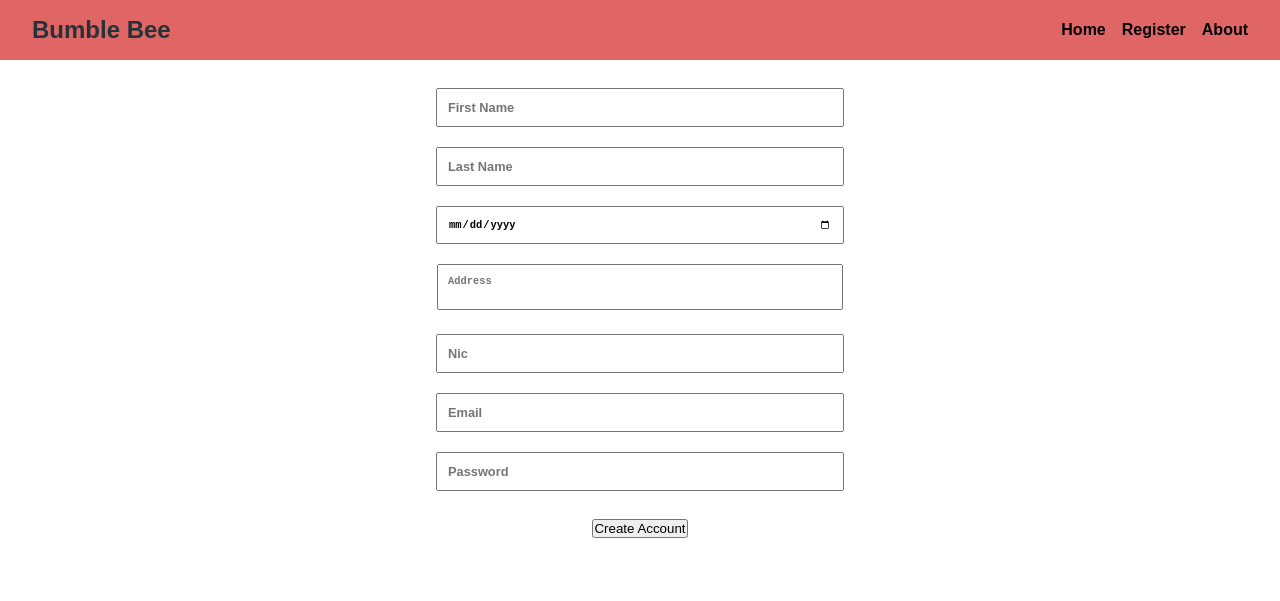
Repository: developerks611/Bumble-bee
Page: http://localhost/Bumble/add-customer.jsp
An editor plug-in stored every save of this project. The page is shown before and after the next save, followed by the edit.
The browser window is 1280 px wide. The pictures show the whole page.
The page is served by Tomcat 9. Other server files are loaded and not shown.

Above is the page before, as saved 2023-02-28 03:49:08.

### Bumble/src/main/webapp/add-customer.jsp
<%@ page language="java" contentType="text/html; charset=ISO-8859-1"
    pageEncoding="ISO-8859-1" isELIgnored="false"%>
 <%@ taglib prefix = "tag" uri = "http://java.sun.com/jsp/jstl/core" %>
<!DOCTYPE html>
<html>
<head>

<style>
textarea{
	resize:none;
	font-size:100%;
}

* {
  padding: 0;
  margin: 0;
}

body {
  font-family: Arial, Tahoma, Serif;
  color: #263238;
}

nav {
  display: flex;
  justify-content:space-between;
  align-items: center;
  padding: 1rem 2rem;
  background: #e06666;
}

nav ul {
  display: flex;
  list-style: none;
}

nav li {
  padding-left: 1rem;
}

nav a {
  text-decoration: none;
  color: black;
  font-weight:bold;
}

.container {
 text-align:center;
}

.txt_input{

	width:30%;
	height:auto;
	margin:10px;
	padding:10px;
	font-size:80%;
	font-weight:bold;
}


 /*
  Extra small devices (phones, 600px and down)
*/
@media only screen and (max-width: 600px) {
  nav {
    flex-direction: column;
  }
  nav ul {
    flex-direction: column;
    padding-top: 0.5rem;
  }
  nav li {
    padding: 0.5rem 0;
  }
}
</style>
<meta charset="ISO-8859-1">
<title>Customer Registration</title>
</head>
<body>


<nav>
  <h2>Bumble Bee</h2>
  <ul>
    <li><a href="#">Home</a></li>
    <li><a href="#">Register</a></li>
    <li><a href="#">About</a></li>
  </ul>
</nav><br>

<div  class="container">
<p>${message }<p>
<form action="addData" method="post">
<input type="text" name="fname" placeholder="First Name" required class="txt_input"><br>
<input type="text" name="lname" placeholder="Last Name" required class="txt_input"><br>
<input type="date" name="dob" required class="txt_input"><br>
<textarea placeholder="Address" required name="adress" required class="txt_input"></textarea ><br>
<input type="text" name="nic" placeholder="Nic" required class="txt_input"><br>
<input type="email" name="email" placeholder="Email" required class="txt_input"><br>
<input type="password" name="password" placeholder="Password" required class="txt_input"><br><br>
<input type="hidden" name="action" value="addClient">
<button type="submit" class="btn btn-success createAccount">Create Account</button>

</form>
</div>
</body>
</html>

After the next save:
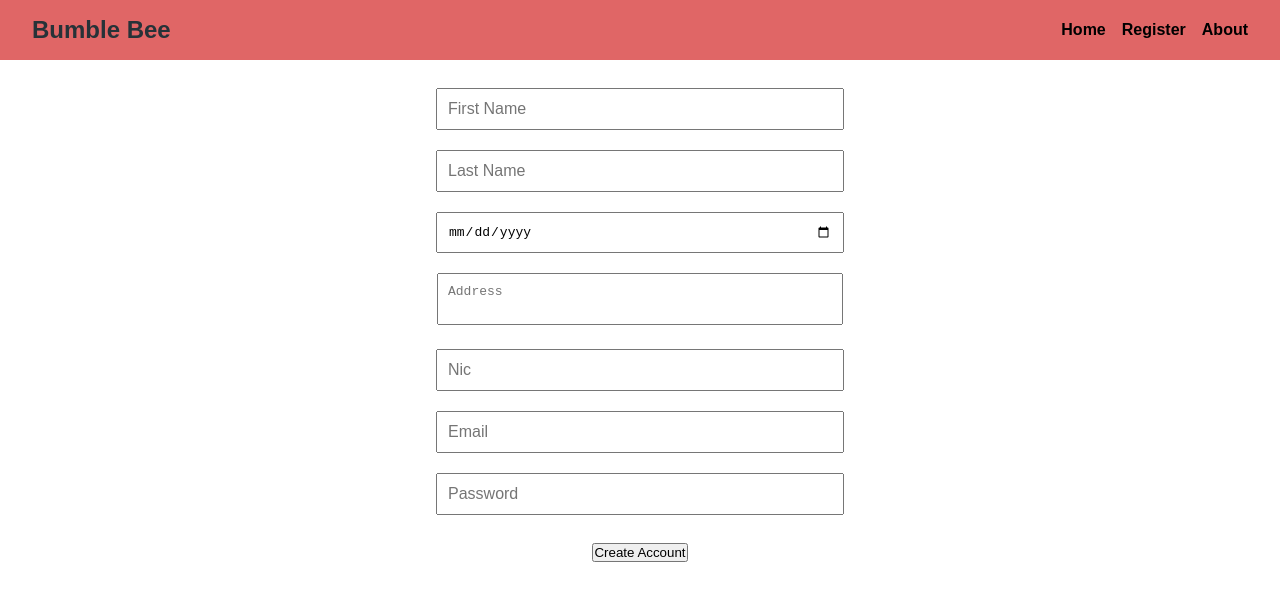
Saved 9 s later.
--- a/Bumble/src/main/webapp/add-customer.jsp
+++ b/Bumble/src/main/webapp/add-customer.jsp
@@ -54,8 +54,8 @@ nav a {
 	height:auto;
 	margin:10px;
 	padding:10px;
-	font-size:80%;
-	font-weight:bold;
+	font-size:100%;
+
 }
 
 
